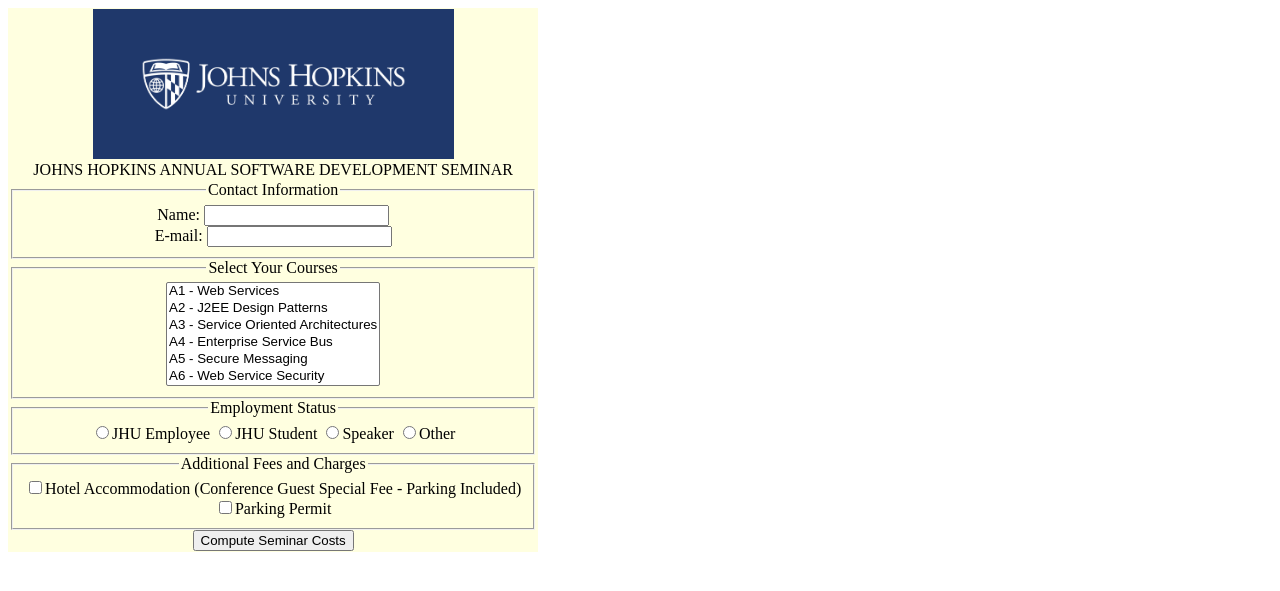
Repository: justinjwk/eclipse-workspace
Page: http://localhost/Homework2/
These files come from the project's save history. The page is drawn as it stood at one moment and after the next save; the edit follows.
The browser window is 1280 px wide. The pictures show the whole page.
The page is served by Tomcat 9.

Above is the page before, as saved 2019-06-12 03:00:36.

After the next save:
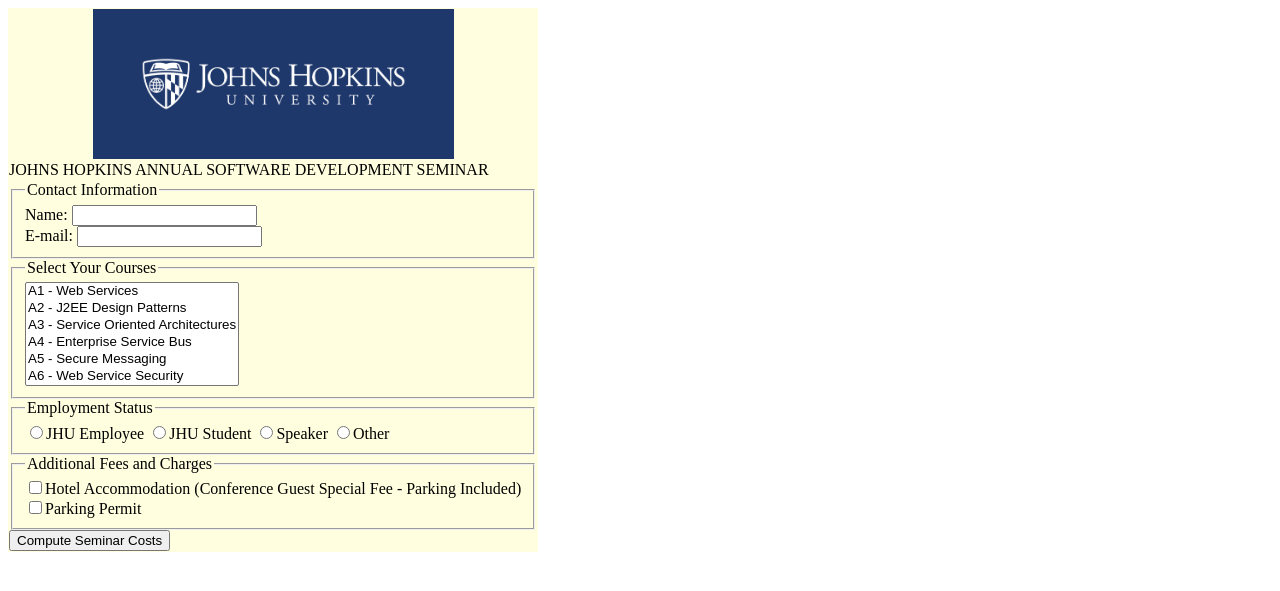
Saved 36 s later.
--- a/Homework2/WebContent/jkim342.css
+++ b/Homework2/WebContent/jkim342.css
@@ -4,10 +4,11 @@
 	bgcolor: #FFFFE0;
 }
 
-th, td {
-	text-align: center;
+td {
+	text-align: left;
 }
 
 th {
+	text-algin: center;
 	backgroud-color: #4CAF50;
 }
